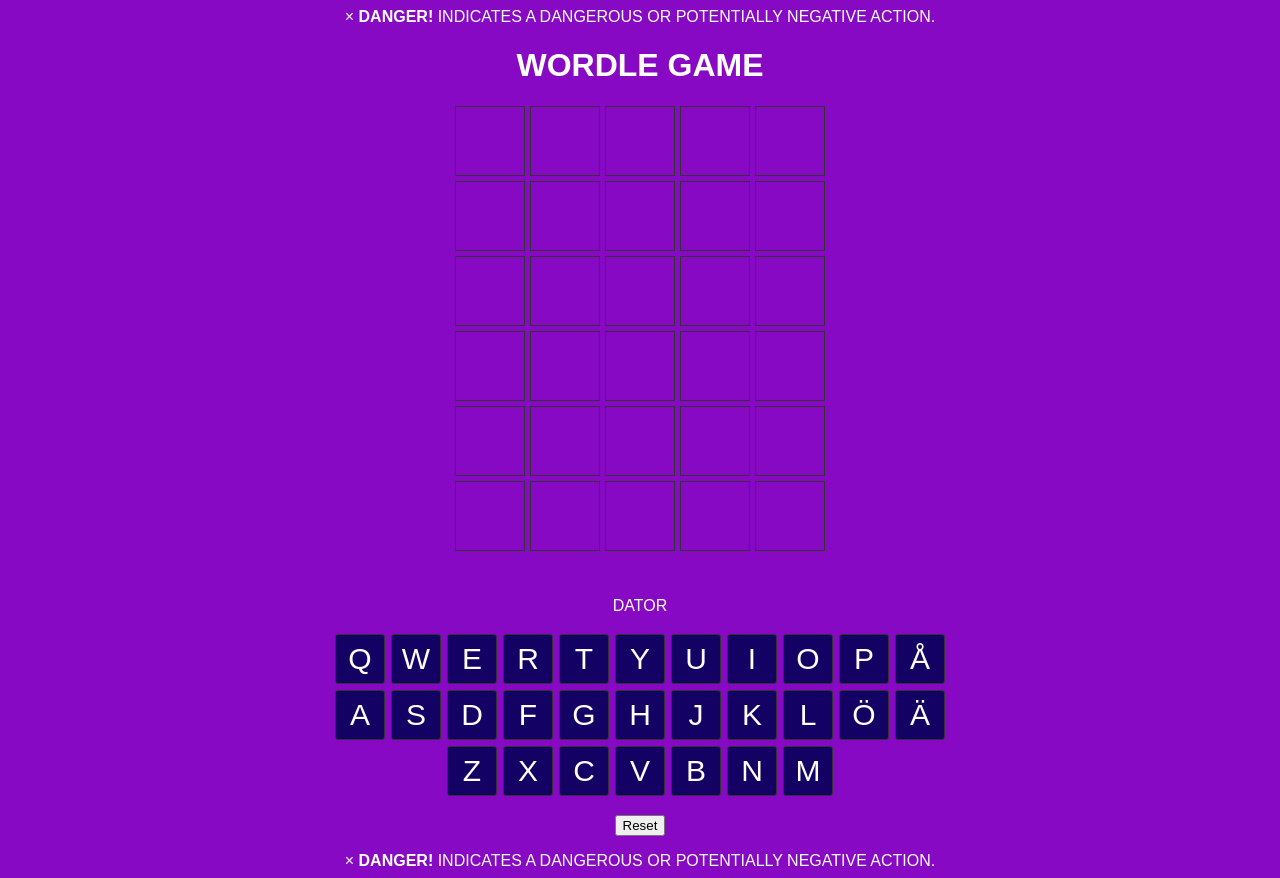
Repository: KarimIsaac/WorldeGame
Page: index.html
These files come from the project's save history. The page is drawn as it stood at one moment and after the next save; the edit follows.
The browser window is 1280 px wide. The pictures show the whole page.

Above is the page before, as saved 2022-03-13 07:36:24.

### index.html
<!DOCTYPE html>
<html lang="en">
<head>
    <meta charset="UTF-8">
    <meta http-equiv="X-UA-Compatible" content="IE=edge">
    <meta name="viewport" content="width=device-width, initial-scale=1.0">
    <title>Worlde Game</title>
    <link rel="stylesheet" href="style.css">
</head>
<body>
    <div class="alert">
        <span class="closebtn" onclick="this.parentElement.style.display='none';">&times;</span>
        <strong>Danger!</strong> Indicates a dangerous or potentially negative action.
      </div>
    <h1>Wordle Game</h1>
    <div id="grid"></div>
    <p id="answer"></p>
    <div id="keyboard"></div>

    <p>
      <button onClick="init()">Reset</button>
      </o>
      <div class="alert">
  <span class="closebtn" onclick="this.parentElement.style.display='none';">&times;</span>
  <strong>Danger!</strong> Indicates a dangerous or potentially negative action.
</div>
      <script src="script.js"></script>
</body>
</html>

### style.css
html,
body {
  text-align: center;
  background: rgb(136, 9, 196);
  color: white;
  text-transform: uppercase;
  font-family: sans-serif;
}

#grid {
  display: inline-grid;
  grid-template-rows: repeat(6, 70px);
  grid-template-columns: repeat(5, 70px);
  gap: 5px;
  margin-bottom: 30px;
}

#grid div {
  border: 1px solid #333;
  display: flex;
  align-items: center;
  justify-content: center;
  font-size: 40px;
}

#keyboard button {
  appearance: none;
  border: 1px solid #333;
  background: rgb(19, 1, 100);
  color: rgb(255, 255, 255);
  font-size: 30px;
  display: inline-block;
  width: 50px;
  height: 50px;
  line-height: 1;
  margin: 3px;
  text-transform: uppercase;
  border-radius: 3px;
}

.answer{
display: none;

}

### script.js
const grid = document.getElementById("grid");
const keyboard = document.getElementById("keyboard");

let answer = "";

const words = [
, "spela"
, "äpple"
, "hoppa"
, "dansa"
, "dator"
, "cykla"
, "skola"
, "TRÄNA"
];

let attempts = [];
let currentAttempt = "";

function drawGrid() {
  grid.innerHTML = "";

  for (i = 0; i < 6; i++) {
    for (j = 0; j < 5; j++) {
      const cell = document.createElement("div");
      grid.appendChild(cell);
    }
  }
}

function drawKeyboard() {
  keyboard.innerHTML = "";

  renderKeyboardRow("qwertyuiopå");
  renderKeyboardRow("asdfghjklöä");
  renderKeyboardRow("zxcvbnm");
}

function renderKeyboardRow(chars) {
  const row = document.createElement("div");

  for (const c of chars) {
    const key = document.createElement("button");
    key.textContent = c;
    key.onclick = () => playLetter(c);

    row.appendChild(key);
  }

  keyboard.appendChild(row);
}

function renderAttempts() {
  for (i = 0; i < attempts.length; i++) {
    const attempt = attempts[i];

    for (j = 0; j < 5; j++) {
      const letter = attempt[j];

      cell = grid.children[i * 5 + j];
      cell.textContent = letter;

      if (letter === answer[j]) {
        cell.style.backgroundColor = "green";
      } else if (answer.includes(letter)) {
        cell.style.backgroundColor = "#bfbf2e";
      } else {
        cell.style.backgroundColor = "#000";
      }
    }
  }
}

function renderCurrentAttempt() {
  for (i = 0; i < 5; i++) {
    const letter = currentAttempt[i] || "";

    cell = grid.children[attempts.length * 5 + i];
    cell.textContent = letter;
  }
}

function playLetter(letter) {
  currentAttempt = currentAttempt + letter;

  renderCurrentAttempt();
}

function handleInput(e) {
  const key = e.key.toLowerCase();

  if (key === "enter" && currentAttempt.length === 5) {
    attempts.push(currentAttempt);
    currentAttempt = "";

    renderAttempts();
  }

  if (key === "backspace" && currentAttempt.length) {
    const letters = currentAttempt.split("");
    letters.pop();
    currentAttempt = letters.join("");

    renderCurrentAttempt();
  }

  if (/^[a-z]$/.test(key) && currentAttempt.length < 5) {
    playLetter(key);
  }
}

function init() {
  attempts = [];
  currentAttempt = "";

  answer = words[Math.floor(Math.random() * words.length)];

  document.getElementById("answer").textContent = answer;

  drawGrid();
  drawKeyboard();

  renderAttempts();
  renderCurrentAttempt();

  document.removeEventListener("keydown", handleInput);
  document.addEventListener("keydown", handleInput);
}

init();

After the next save:
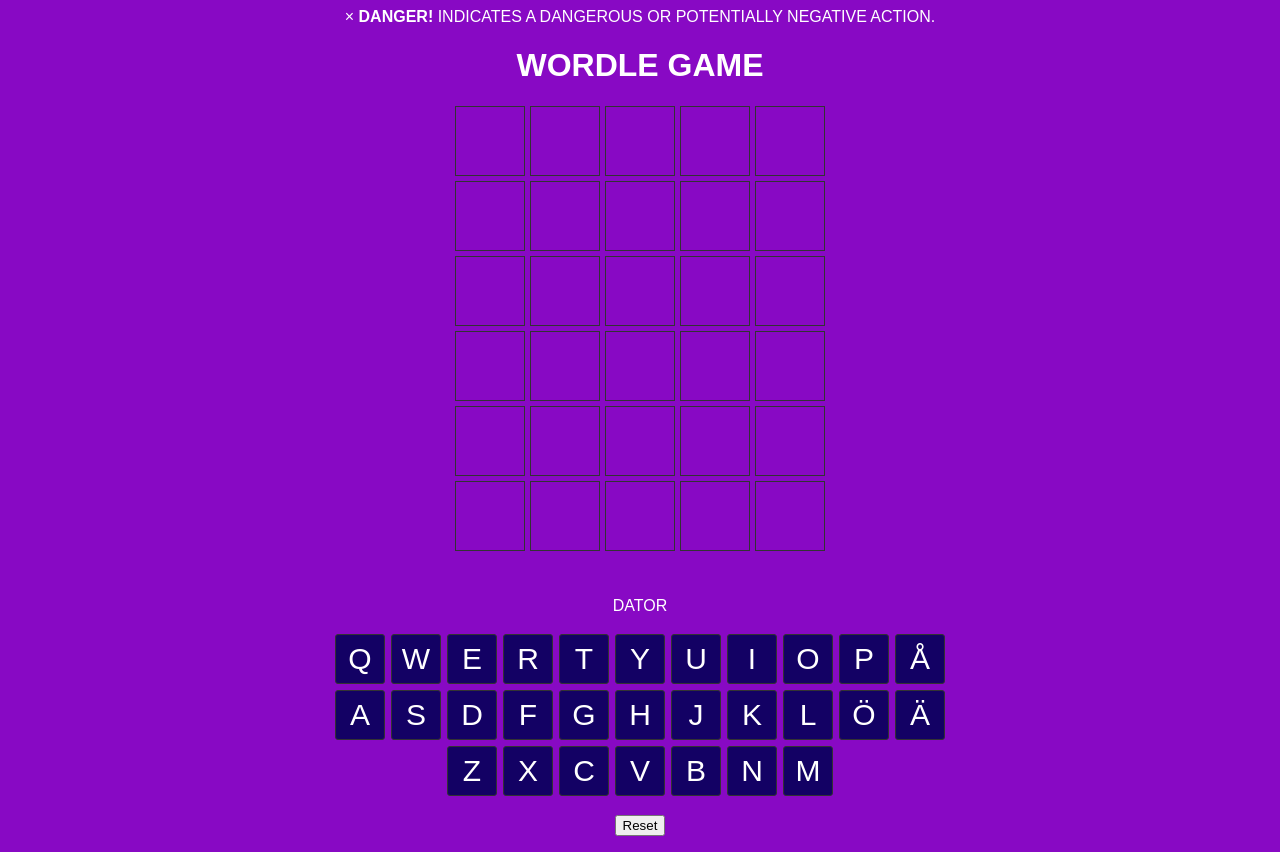
Saved 32 s later.
--- a/index.html
+++ b/index.html
@@ -20,10 +20,7 @@
     <p>
       <button onClick="init()">Reset</button>
       </o>
-      <div class="alert">
-  <span class="closebtn" onclick="this.parentElement.style.display='none';">&times;</span>
-  <strong>Danger!</strong> Indicates a dangerous or potentially negative action.
-</div>
+
       <script src="script.js"></script>
 </body>
 </html>
